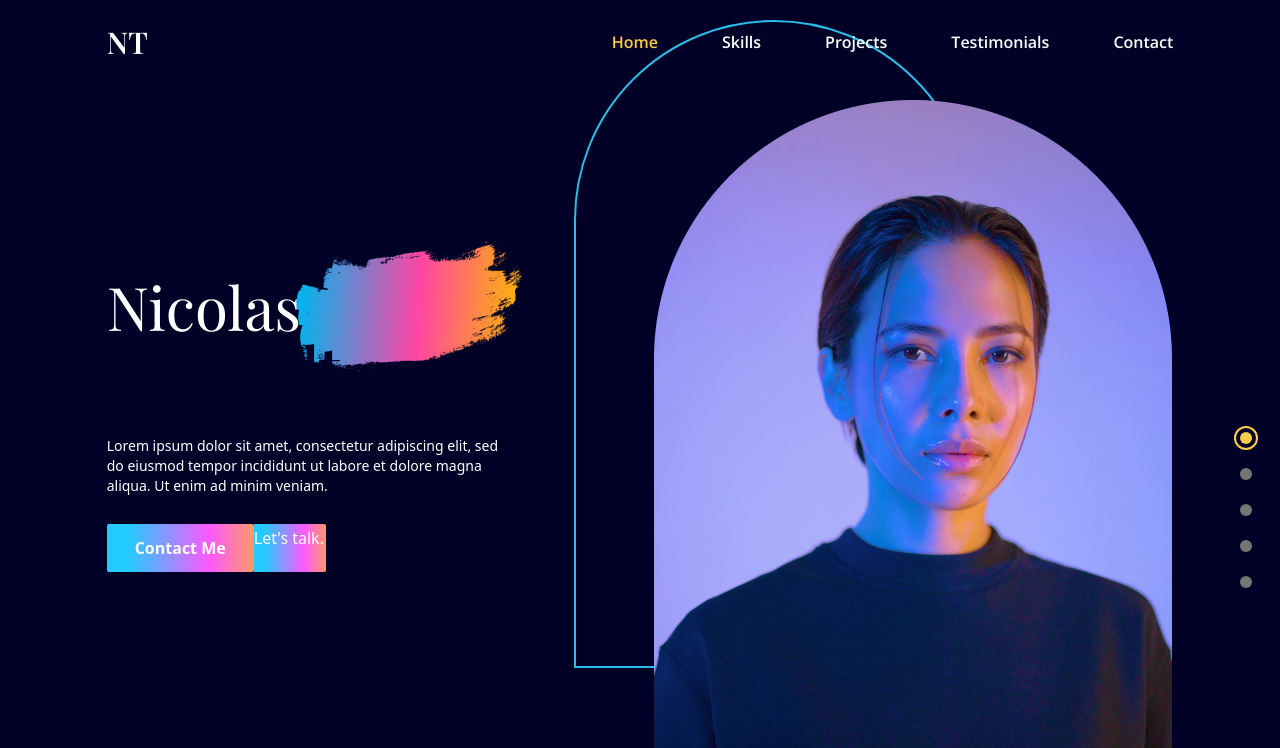
Repository: thibaultNicolas/portfolio-react
Page: /
These files come from the project's save history. The page is drawn as it stood at one moment and after a run of saves; the edit follows.
The browser window is 1280 px wide. The pictures show the whole page.
The project was rebuilt for these pictures with package versions that can differ from the ones it lists, and the page was loaded fresh each time. Also part of the build but not shown: next.config.ts.

Above is the page before, as saved 2023-01-08 10:50:01.

### public/index.html
<!DOCTYPE html>
<html lang="en">

<head>
  <meta charset="utf-8" />
  <link rel="icon" href="%PUBLIC_URL%/favicon.ico" />
  <meta name="viewport" content="width=device-width, initial-scale=1" />
  <meta name="theme-color" content="#000000" />
  <meta name="description" content="Web site created using create-react-app" />
  <link rel="apple-touch-icon" href="%PUBLIC_URL%/logo192.png" />
  <!--
      manifest.json provides metadata used when your web app is installed on a
      user's mobile device or desktop. See https://developers.google.com/web/fundamentals/web-app-manifest/
    -->
  <link rel="manifest" href="%PUBLIC_URL%/manifest.json" />
  <!--
      Notice the use of %PUBLIC_URL% in the tags above.
      It will be replaced with the URL of the `public` folder during the build.
      Only files inside the `public` folder can be referenced from the HTML.

      Unlike "/favicon.ico" or "favicon.ico", "%PUBLIC_URL%/favicon.ico" will
      work correctly both with client-side routing and a non-root public URL.
      Learn how to configure a non-root public URL by running `npm run build`.
    -->
  <title>React App</title>
  <link href="/public/output.css" rel="stylesheet">
</head>

<body>
  <noscript>You need to enable JavaScript to run this app.</noscript>
  <div id="root"></div>
  <!--
      This HTML file is a template.
      If you open it directly in the browser, you will see an empty page.

      You can add webfonts, meta tags, or analytics to this file.
      The build step will place the bundled scripts into the <body> tag.

      To begin the development, run `npm start` or `yarn start`.
      To create a production bundle, use `npm run build` or `yarn build`.
    -->
</body>

</html>

### src/index.css
@import url('https://fonts.googleapis.com/css2?family=Open+Sans:wght@400;600&family=Playfair+Display:wght@400;600&display=swap');

@tailwind base;
@tailwind components;
@tailwind utilities;

html,
body,
#root,
.app{
    height: 100%;
    background-color: #010026;
    @apply text-white;
}

### src/scenes/Navbar.jsx
import { useState } from 'react';
import AnchorLink from 'react-anchor-link-smooth-scroll';
import useMediaQuery from '../hooks/useMediaQuery';

const Link = ({ page, selectedPage, setSelectedPage }) => {
    const lowerCasePage = page.toLowerCase();
    return (
        <AnchorLink
            className={`${selectedPage === lowerCasePage ? 'text-yellow' : ''}
            hover:text-yellow transition duration-500`}
            href={`#${lowerCasePage}`}
            onClick={() => setSelectedPage(lowerCasePage)}
        >
            {page}
        </AnchorLink>
    );
};

const Navbar = ({ isTopOfPage, selectedPage, setSelectedPage }) => {
    const [isMenuToggled, setIsMenuToggled] = useState(false);
    const isAboveSmallScreens = useMediaQuery('(min-width:768px)');
    const navbarBackground = isTopOfPage ? "" : "bg-red";

    return (
        <nav className={`${navbarBackground} z-40 w-full fixed top-0 py-6`}>
            <div className="flex items-center justify-between mx-auto w-5/6">
                <h4 className="font-playfair text-3xl font-bold">NT</h4>

                {/* DESKTOP NAV */}
                {isAboveSmallScreens ? (
                    <div className="flex justify-between gap-16 font-openSans txt-sm font-semibold">
                        <Link
                            page="Home"
                            selectedPage={selectedPage}
                            setSelectedPage={setSelectedPage}
                        />
                        <Link
                            page="Skills"
                            selectedPage={selectedPage}
                            setSelectedPage={setSelectedPage}
                        />
                        <Link
                            page="Projects"
                            selectedPage={selectedPage}
                            setSelectedPage={setSelectedPage}
                        />
                        <Link
                            page="Testimonials"
                            selectedPage={selectedPage}
                            setSelectedPage={setSelectedPage}
                        />
                        <Link
                            page="Contact"
                            selectedPage={selectedPage}
                            setSelectedPage={setSelectedPage}
                        />
                    </div>
                ) : (
                    <button
                        className="rounded-full bg-red p-2"
                        onClick={() => setIsMenuToggled(!isMenuToggled)}
                    >
                        <img src="../assets/menu-icon.svg" alt="menu-icon" />
                    </button>
                )}

                {/* MOBILE MENU POPUP */}
                {!isAboveSmallScreens && isMenuToggled && (
                    <div className="fixed right-0 bottom-0 h-full bg-blue w-[300px]">
                        {/* CLOSE ICON */}
                        <div className="flex justify-end p-12">
                            <button
                                onClick={() => setIsMenuToggled(!isMenuToggled)}
                            >
                                <img
                                    src="../assets/close-icon.svg"
                                    alt="close-icon"
                                />
                            </button>
                        </div>
                        {/* MENU ITEMS */}
                        <div className="flex flex-col gap-10 ml-[33%] text-2xl text-deep-blue">
                            <Link
                                page="Home"
                                selectedPage={selectedPage}
                                setSelectedPage={setSelectedPage}
                            />
                            <Link
                                page="Skills"
                                selectedPage={selectedPage}
                                setSelectedPage={setSelectedPage}
                            />
                            <Link
                                page="Projects"
                                selectedPage={selectedPage}
                                setSelectedPage={setSelectedPage}
                            />
                            <Link
                                page="Testimonials"
                                selectedPage={selectedPage}
                                setSelectedPage={setSelectedPage}
                            />
                            <Link
                                page="Contact"
                                selectedPage={selectedPage}
                                setSelectedPage={setSelectedPage}
                            />
                        </div>
                    </div>
                )}
            </div>
        </nav>
    );
};

export default Navbar;

### src/scenes/DotGroup.jsx
import AnchorLink from 'react-anchor-link-smooth-scroll';
const DotGroup = ({ selectedPage, setSelectedPage }) => {
    const selectedStyles = `relative bg-yellow before:absolute before:w-6 before:h-6
    before:rounded-full before:border-2 before:border-yellow before:left-[-50%]
    before:top-[-50%]`;
    return (
        <div className="flex flex-col gap-6 fixed top-[60%] right-7">
            <AnchorLink
                className={`${selectedPage === 'home' ? selectedStyles : 'bg-dark-grey'}
            w-3 h-3 rounded-full`}
                href="#home"
                onClick={() => setSelectedPage('home')}
            />
            <AnchorLink
                className={`${selectedPage === 'skills' ? selectedStyles : 'bg-dark-grey'}
            w-3 h-3 rounded-full`}
                href="#skills"
                onClick={() => setSelectedPage('skills')}
            />
            <AnchorLink
                className={`${selectedPage === 'projects' ? selectedStyles : 'bg-dark-grey'}
            w-3 h-3 rounded-full`}
                href="#projects"
                onClick={() => setSelectedPage('projects')}
            />
            <AnchorLink
                className={`${selectedPage === 'testimonials' ? selectedStyles : 'bg-dark-grey'}
            w-3 h-3 rounded-full`}
                href="#testimonials"
                onClick={() => setSelectedPage('testimonials')}
            />
            <AnchorLink
                className={`${selectedPage === 'contact' ? selectedStyles : 'bg-dark-grey'}
            w-3 h-3 rounded-full`}
                href="#contact"
                onClick={() => setSelectedPage('contact')}
            />
        </div>
    );
};
export default DotGroup;

### src/scenes/Landing.jsx
import useMediaQuery from '../hooks/useMediaQuery';
import { motion } from 'framer-motion';
import AnchorLink from 'react-anchor-link-smooth-scroll';

const Landing = ({ setSelectedPage }) => {
    const isAboveMediumScreens = useMediaQuery('(min-width:1060px)');

    return (
        <section
            id="home"
            className="md:flex md:justify-between md:items-center md:h-full gap-16 py-10"
        >
            {/* IMAGE SECTION */}
            <div className="md:order-2 flex justify-center basis-3/5 z-10 mt-16 md:mt-32">
                {isAboveMediumScreens ? (
                    <div className="relative z-0 ml-20 before:absolute before:-top-20 before:-left-20 before:rounded-t-[400px] before:w-full before:max-w-[400px] before:h-full before:border-2 before:border-blue before:z-[-1]">
                        <img
                            src="assets/profile-image.png"
                            alt="profile"
                            className="hover:filter hover:saturate-200 transition duration-500 z-10 w-full max-w-[400px] md:max-w-[600px]"
                        />
                    </div>
                ) : (
                    <img
                        src="assets/profile-image.png"
                        alt="profile"
                        className="hover:filter hover:saturate-200 transition duration-500 z-10 w-full max-w-[400px] md:max-w-[600px]"
                    />
                )}
            </div>

            {/* MAIN SECTION */}
            <div className="z-30 basis-2/5 mt-12 md:mt-32">
                {/* HEADING SECTION */}
                <motion.div
                    initial="hidden"
                    whileInView="visible"
                    viewport={{ once: true, amount: 0.5 }}
                    transition={{ duration: 0.5 }}
                    variants={{
                        hidden: { opacity: 0, x: -50 },
                        visible: { opacity: 1, x: 0 },
                    }}
                >
                    <p className="text-6xl font-playfair z-10 text-center md:text-start">
                        Nicolas {''}
                        <span
                            className="xs:relative xs:text-deep-blue xs:font-semibold z-20
                        xs:before:content-brush before:absolute before:-left-[25px] before:-top-[70px] before:z-[-1]
                        "
                        >
                            Thibault
                        </span>
                    </p>
                    <p className="mt-10 mb-7 text-sm text-center md:text-start">
                        Lorem ipsum dolor sit amet, consectetur adipiscing elit,
                        sed do eiusmod tempor incididunt ut labore et dolore
                        magna aliqua. Ut enim ad minim veniam.
                    </p>
                </motion.div>

                {/* CALL TO ACTION */}
                <motion.div
                    className='flex mt-5 justify-center md:justify-start'
                    initial="hidden"
                    whileInView="visible"
                    viewport={{ once: true, amount: 0.5 }}
                    transition={{ delay:0.2, duration: 0.5 }}
                    variants={{
                        hidden: { opacity: 0, x: -50 },
                        visible: { opacity: 1, x: 0 },
                    }}
                >
                    <AnchorLink
                    className='bg-gradient-rainblue txt-deep-blue rounded-sm py-3 px-7 font-semibold hover:bg-blue hover:text-white transition duration-500'
                    onClick={()=> setSelectedPage("contact")}
                    href="#contact">
                        Contact Me
                    </AnchorLink>

                    <AnchorLink
                    className='rounded-r-sm bg-gradient-rainblue py-0.5 pr-0.5'
                    onClick={()=> setSelectedPage("contact")}
                    href="#contact">
                        <div className='bg-deep-'>
                            Let's talk.
                        </div>
                    </AnchorLink>
                </motion.div>
            </div>
        </section>
    );
};
export default Landing;

### src/hooks/useMediaQuery.jsx
import { useState, useEffect } from 'react';

const useMediaQuery = (query) => {
    const [matches, setMatches] = useState(false);

    useEffect(() => {
        const media = window.matchMedia(query);
        if (media.matches !== matches) {
            setMatches(media.matches);
        }
        const listener = () => setMatches(media.matches);
        window.addEventListener('resize', listener);
        return () => window.removeEventListener('resize', listener);
    }, [matches, query]);

    return matches;
};

export default useMediaQuery;

Loaded but not shown: src/index.js (common file); src/App.js (37 lines, source omitted); tailwind.config.js (41 lines, source omitted); public/output.css (740 lines, source omitted)

After the next 2 saves:
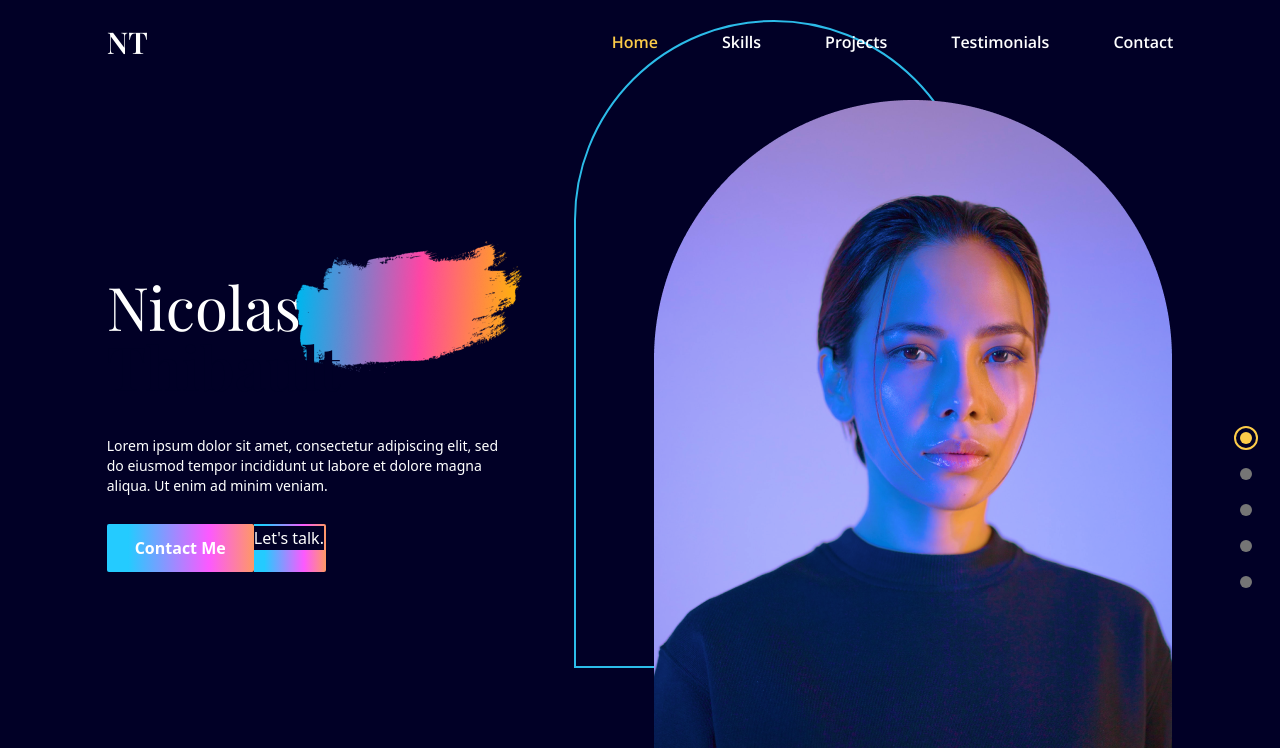
The 2 saves are shown as one change because they came seconds apart.
The last was saved 7 s later.
--- a/src/scenes/Landing.jsx
+++ b/src/scenes/Landing.jsx
@@ -82,7 +82,7 @@ const Landing = ({ setSelectedPage }) => {
                     className='rounded-r-sm bg-gradient-rainblue py-0.5 pr-0.5'
                     onClick={()=> setSelectedPage("contact")}
                     href="#contact">
-                        <div className='bg-deep-'>
+                        <div className='bg-deep-blue hover:text-red'>
                             Let's talk.
                         </div>
                     </AnchorLink>
